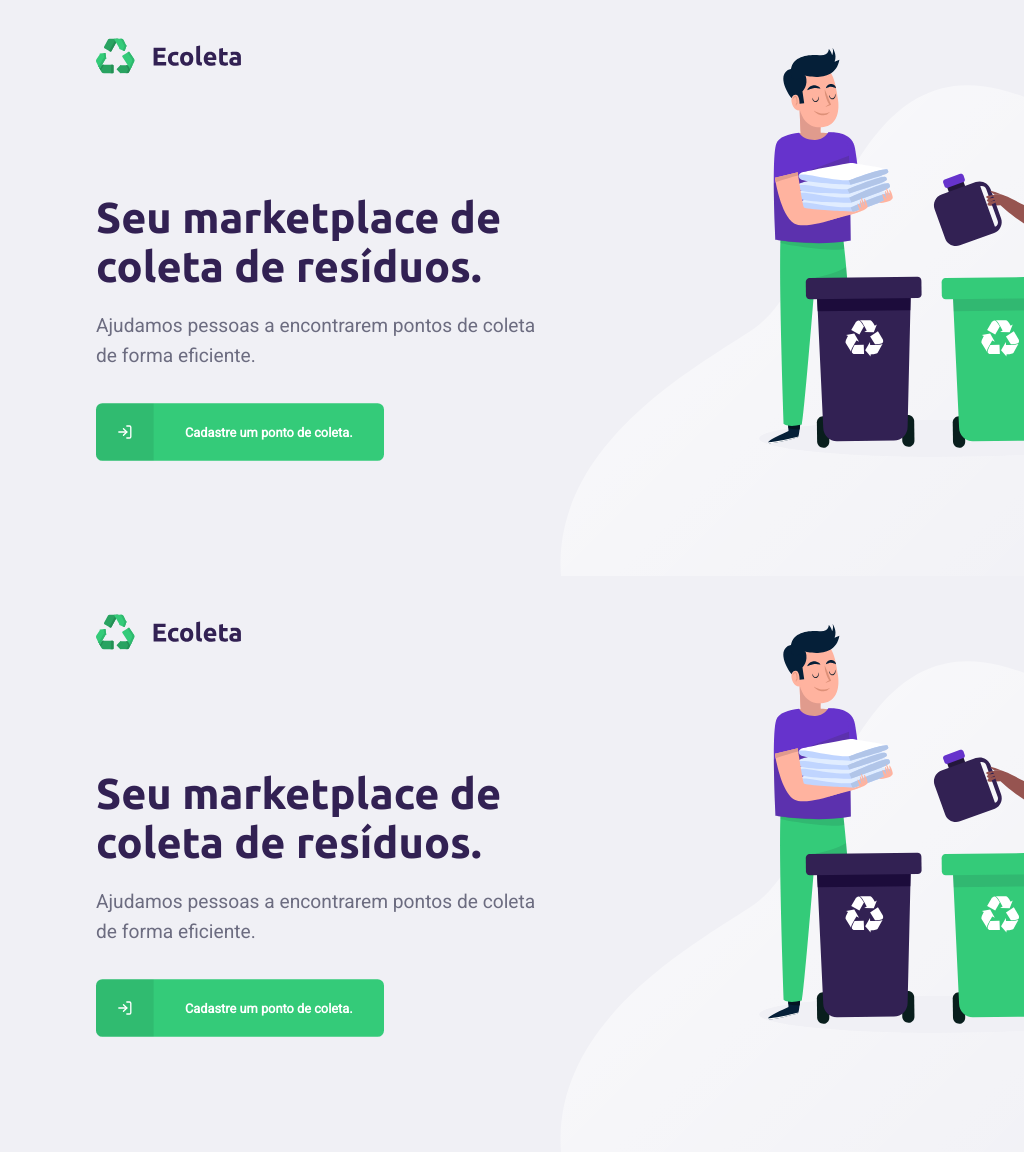
Repository: DavidSamerson/NLW_treinamento_2020
Page: /CreatePoint (app in webapp/)
These files come from the project's save history. The page is drawn as it stood at one moment and after the next save; the edit follows.
The browser window is 1280 px wide. The pictures show the whole page, at 80% of full size.
The project was rebuilt for these pictures with package versions that can differ from the ones it lists, and the page was loaded fresh each time.

Above is the page before, as saved 2020-06-16 14:57:47.

### webapp/public/index.html
<!DOCTYPE html>
<html lang="en">
  <head>
    <meta charset="utf-8" />
    <link rel="icon" href="%PUBLIC_URL%/favicon.ico" />
    <meta name="viewport" content="width=device-width, initial-scale=1" />
    <meta name="theme-color" content="#34CB79" />
    <link href="https://fonts.googleapis.com/css2?family=Roboto&family=Ubuntu:wght@700&display=swap" rel="stylesheet">
    <meta
      name="description"
      content="Web site created using create-react-app"
    />
    <link rel="apple-touch-icon" href="%PUBLIC_URL%/logo192.png" />
    <!--
      manifest.json provides metadata used when your web app is installed on a
      user's mobile device or desktop. See https://developers.google.com/web/fundamentals/web-app-manifest/
    -->
    <link rel="manifest" href="%PUBLIC_URL%/manifest.json" />
    <!--
      Notice the use of %PUBLIC_URL% in the tags above.
      It will be replaced with the URL of the `public` folder during the build.
      Only files inside the `public` folder can be referenced from the HTML.

      Unlike "/favicon.ico" or "favicon.ico", "%PUBLIC_URL%/favicon.ico" will
      work correctly both with client-side routing and a non-root public URL.
      Learn how to configure a non-root public URL by running `npm run build`.
    -->
    <title>React App</title>
  </head>
  <body>
    <noscript>You need to enable JavaScript to run this app.</noscript>
    <div id="root"></div>
    <!--
      This HTML file is a template.
      If you open it directly in the browser, you will see an empty page.

      You can add webfonts, meta tags, or analytics to this file.
      The build step will place the bundled scripts into the <body> tag.

      To begin the development, run `npm start` or `yarn start`.
      To create a production bundle, use `npm run build` or `yarn build`.
    -->
  </body>
</html>

### webapp/src/App.tsx
import React from 'react';
import './App.css';

import Home from './pages/Home';
import CreatePoint from './pages/CreatePoint';

import Routes from './routes';

//JSX -> sintaxe de xml dentro do javascript


function App() {

  return (
    <div>
        <Routes />
    </div>
  );
}

export default App;

//import React, {useState} from 'react';
//import Header from './header';


/*const [counter, setCounter] = useState(0); //[valor do estado / função para atualizar o valor do estado]
//Estado e Imutabilidade

function handleButton(){
    setCounter(counter + 1);
} */

// <Header title={`ECOLETA ${counter}`}/> -----> Passando variaveis via HTML

/*<Header title="ECOLETA 1"/>
        <Header title="ECOLETA 2"/>
        <Header title="ECOLETA 3"/>
        <Header title={`ECOLETA ${counter}`}/>

        <h1>{counter}</h1>
        <button type="button" onClick={handleButton}>Aumentar</button> */

### webapp/src/routes.tsx
import React from 'react';
import { Route, BrowserRouter } from 'react-router-dom';

import Home from './pages/Home';
import CreatePoint from './pages/CreatePoint';

const Routes = () => {
    return (
        <BrowserRouter>
            <Route component={Home} path="/"/>
            <Route component={Home} path="/CreatePoint"/>
        </BrowserRouter>
    );
}
export default Routes;

### webapp/src/pages/Home/index.tsx
import React from 'react';
import { FiLogIn } from 'react-icons/fi';
import logo from '../../assets/logo.svg';
import './styles.css';

const Home = () => {
    return (
    <div id="page-home">
        <div className="content">
            <header>
                <img src={logo} alt="Ecoleta"/>
            </header>

            <main>
                <h1>Seu marketplace de coleta de resíduos.</h1>
                <p>Ajudamos pessoas a encontrarem pontos de coleta de forma eficiente.</p>

                <a href="/cadastro">
                <span>
                    <FiLogIn />
                </span>
                <strong>
                    Cadastre um ponto de coleta.
                </strong>
                </a>
            </main>
        </div>
    </div>
    );
}

export default Home;

### webapp/src/pages/Home/styles.css
#page-home {
  height: 100vh;

  background: url('../../assets/home-background.svg') no-repeat 700px bottom;
}

#page-home .content {
  width: 100%;
  height: 100%;
  max-width: 1100px;
  margin: 0 auto;
  padding: 0 30px;

  display: flex;
  flex-direction: column;
  align-items: flex-start;
}

#page-home .content header {
  margin: 48px 0 0;
}

#page-home .content main {
  flex: 1;
  max-width: 560px;

  display: flex;
  flex-direction: column;
  justify-content: center;
}

#page-home .content main h1 {
  font-size: 54px;
  color: var(--title-color);
}

#page-home .content main p {
  font-size: 24px;
  margin-top: 24px;
  line-height: 38px;
}

#page-home .content main a {
  width: 100%;
  max-width: 360px;
  height: 72px;
  background: var(--primary-color);
  border-radius: 8px;
  text-decoration: none;

  display: flex;
  align-items: center;
  overflow: hidden;

  margin-top: 40px;
}

#page-home .content main a span {
  display: block;
  background: rgba(0, 0, 0, 0.08);
  width: 72px;
  height: 72px;

  display: flex;
  align-items: center;
  justify-content: center;
  transition: background-color 0.2s;
}

#page-home .content main a span svg {
  color: #FFF;
  width: 20px;
  height: 20px;
}

#page-home .content main a strong {
  flex: 1;
  text-align: center;
  color: #FFF;
}

#page-home .content main a:hover {
  background: #2FB86E;
}

@media(max-width: 900px) {
  #page-home .content {
    align-items: center;
    text-align: center;
  }

  #page-home .content header {
    margin: 48px auto 0;
  }

  #page-home .content main {
    align-items: center;
  }

  #page-home .content main h1 {
    font-size: 42px;
  }

  #page-home .content main p {
    font-size: 24px;
  }
}

### webapp/src/pages/CreatePoint/index.tsx
import React from 'react';

const CreatePoint = () => {
    return <h1>Create Point</h1>;
};

export default CreatePoint;

Loaded but not shown: webapp/src/index.tsx (common file); webapp/src/App.css (common file)

After the next save:
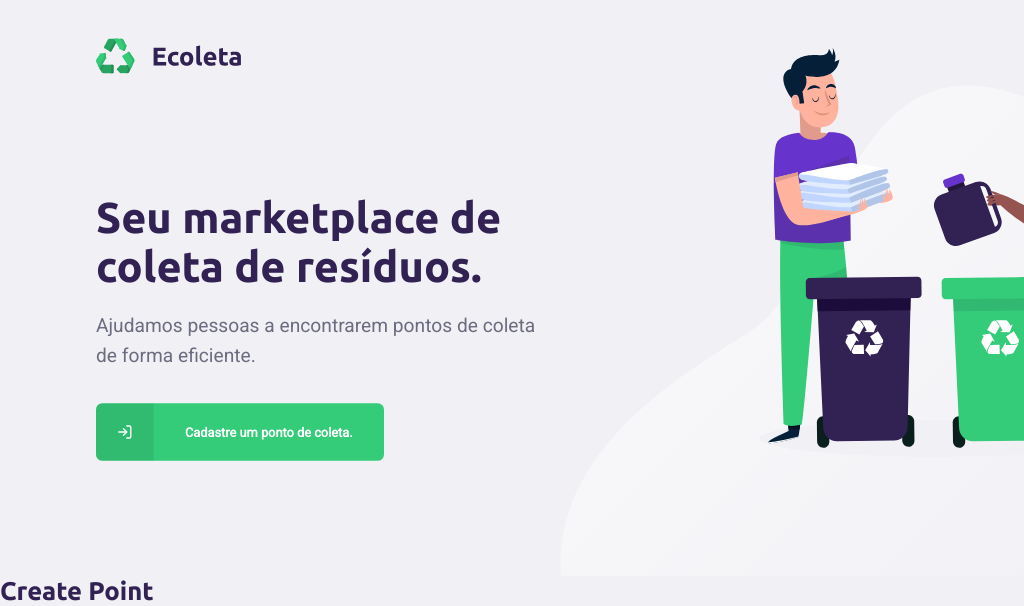
Saved 12 s later.
--- a/webapp/src/routes.tsx
+++ b/webapp/src/routes.tsx
@@ -8,7 +8,7 @@ const Routes = () => {
     return (
         <BrowserRouter>
             <Route component={Home} path="/"/>
-            <Route component={Home} path="/CreatePoint"/>
+            <Route component={CreatePoint} path="/CreatePoint"/>
         </BrowserRouter>
     );
 }
